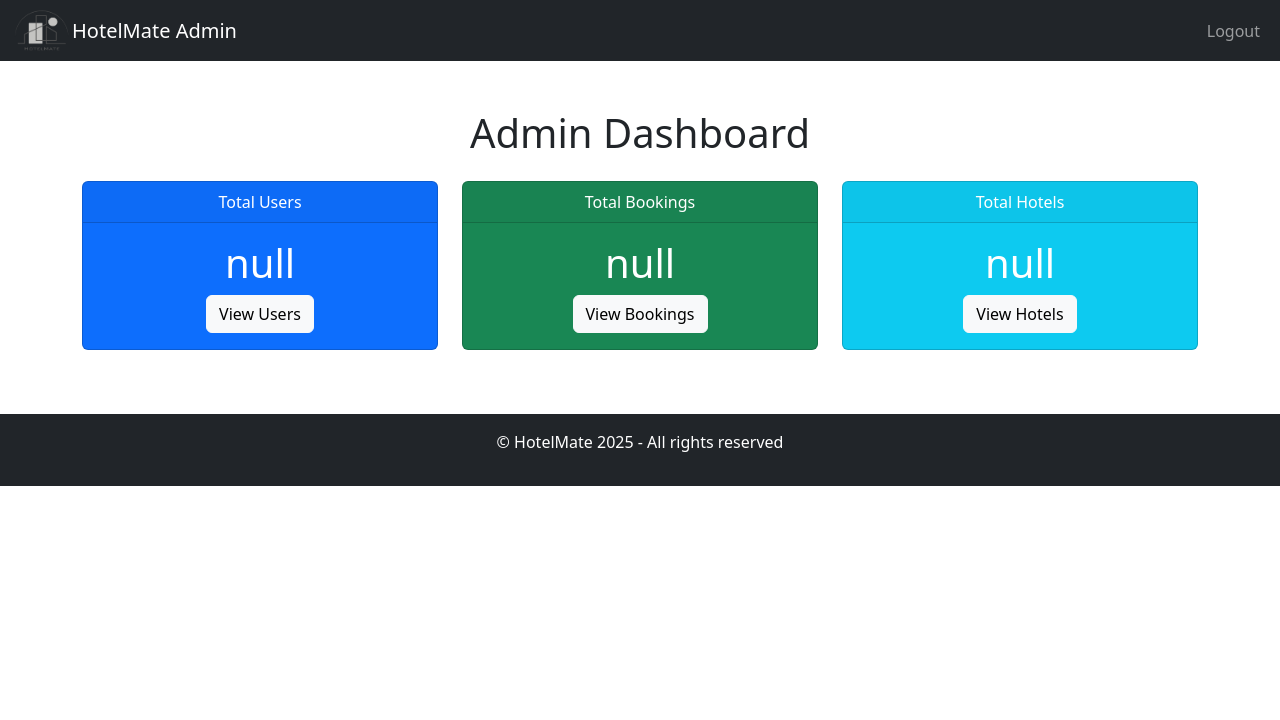
Repository: himanshu2k23/HoteMate
Page: http://localhost/HotelMate/WEB-INF/admin/dashboard.jsp
The author's editor kept a copy of each file at every save. The page is drawn from the files as they stood at one save, then again after the next save.
The browser window is 1280 px wide. The pictures show the whole page.
The page is served by Tomcat 10. Nobody is signed in. Other server files are loaded and not shown. The template is opened directly, without the code that normally fills it, so the values that code supplies are empty.

Above is the page before, as saved 2025-01-17 18:20:22.

### HotelMate/src/main/webapp/WEB-INF/admin/dashboard.jsp
<%@ page contentType="text/html;charset=UTF-8" language="java"%>
<!DOCTYPE html>
<html lang="en">
<head>
<meta charset="UTF-8">
<meta name="viewport" content="width=device-width, initial-scale=1.0">
<title>Admin Dashboard</title>
<link rel="stylesheet"
	href="https://cdn.jsdelivr.net/npm/bootstrap@5.3.0/dist/css/bootstrap.min.css">
</head>
<body>
	<nav class="navbar navbar-expand-lg navbar-dark bg-dark">
		<div class="container-fluid">
			<img src="http://localhost:8080/HotelMate/Images/HotelmateLogo.png"
				alt="HotelMate Logo" width="60" height="45" class="d-inline-block">
			<a class="navbar-brand" href="#">HotelMate Admin</a>
			<button class="navbar-toggler" type="button"
				data-bs-toggle="collapse" data-bs-target="#navbarNav"
				aria-controls="navbarNav" aria-expanded="false"
				aria-label="Toggle navigation">
				<span class="navbar-toggler-icon"></span>
			</button>
			<div class="collapse navbar-collapse" id="navbarNav">
				<ul class="navbar-nav ms-auto">
					<li class="nav-item"><a class="nav-link"
						href="${pageContext.request.contextPath}/admin/logout">Logout</a>
					</li>
				</ul>
			</div>
		</div>
	</nav>

	<div class="container mt-5" style="height:70vh'">
		<h1 class="text-center mb-4">Admin Dashboard</h1>
		<div class="row">
			<div class="col-md-4">
				<div class="card text-white bg-primary mb-3">
					<div class="card-header text-center">Total Users</div>
					<div class="card-body text-center">
						<h1 class="card-title"><%=request.getAttribute("totalUsers")%></h1>
						<a href="${pageContext.request.contextPath}/admin/users"
							class="btn btn-light">View Users</a>
					</div>
				</div>
			</div>
			<div class="col-md-4">
				<div class="card text-white bg-success mb-3">
					<div class="card-header text-center">Total Bookings</div>
					<div class="card-body text-center">
						<h1 class="card-title"><%=request.getAttribute("totalBookings")%></h1>
						<a href="${pageContext.request.contextPath}/admin/bookings"
							class="btn btn-light">View Bookings</a>
					</div>
				</div>
			</div>
			<div class="col-md-4">
				<div class="card text-white bg-info mb-3">
					<div class="card-header text-center">Total Hotels</div>
					<div class="card-body text-center">
						<h1 class="card-title"><%=request.getAttribute("totalHotels")%></h1>
						<a href="${pageContext.request.contextPath}/admin/hotels"
							class="btn btn-light">View Hotels</a>
					</div>
				</div>
			</div>
		</div>
	</div>


	<footer class="bg-dark text-white text-center py-3 mt-5">
		<p>© HotelMate 2025 - All rights reserved</p>
	</footer>

	<script
		src="https://cdn.jsdelivr.net/npm/bootstrap@5.3.0/dist/js/bootstrap.bundle.min.js"></script>
</body>
</html>

After the next save:
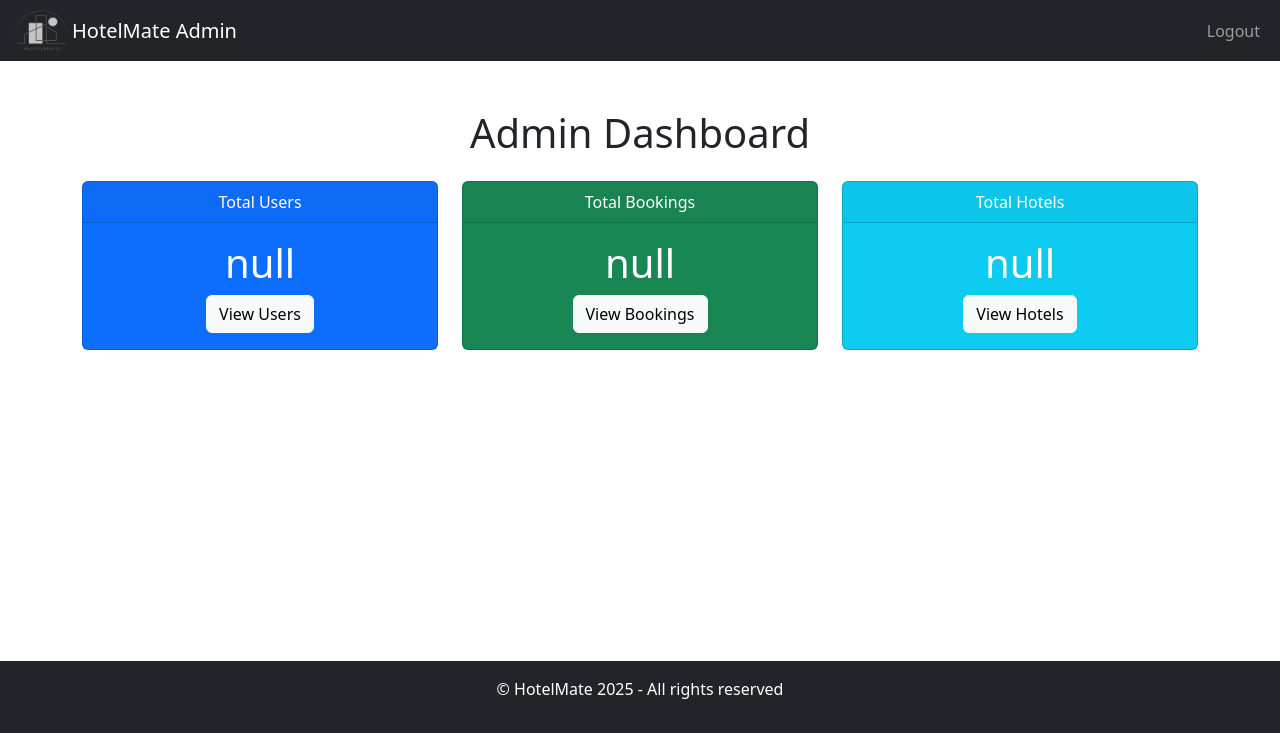
Saved 4 s later.
--- a/HotelMate/src/main/webapp/WEB-INF/admin/dashboard.jsp
+++ b/HotelMate/src/main/webapp/WEB-INF/admin/dashboard.jsp
@@ -30,7 +30,7 @@
 		</div>
 	</nav>
 
-	<div class="container mt-5" style="height:70vh'">
+	<div class="container mt-5" style="height:70vh;'">
 		<h1 class="text-center mb-4">Admin Dashboard</h1>
 		<div class="row">
 			<div class="col-md-4">

After the save that followed:
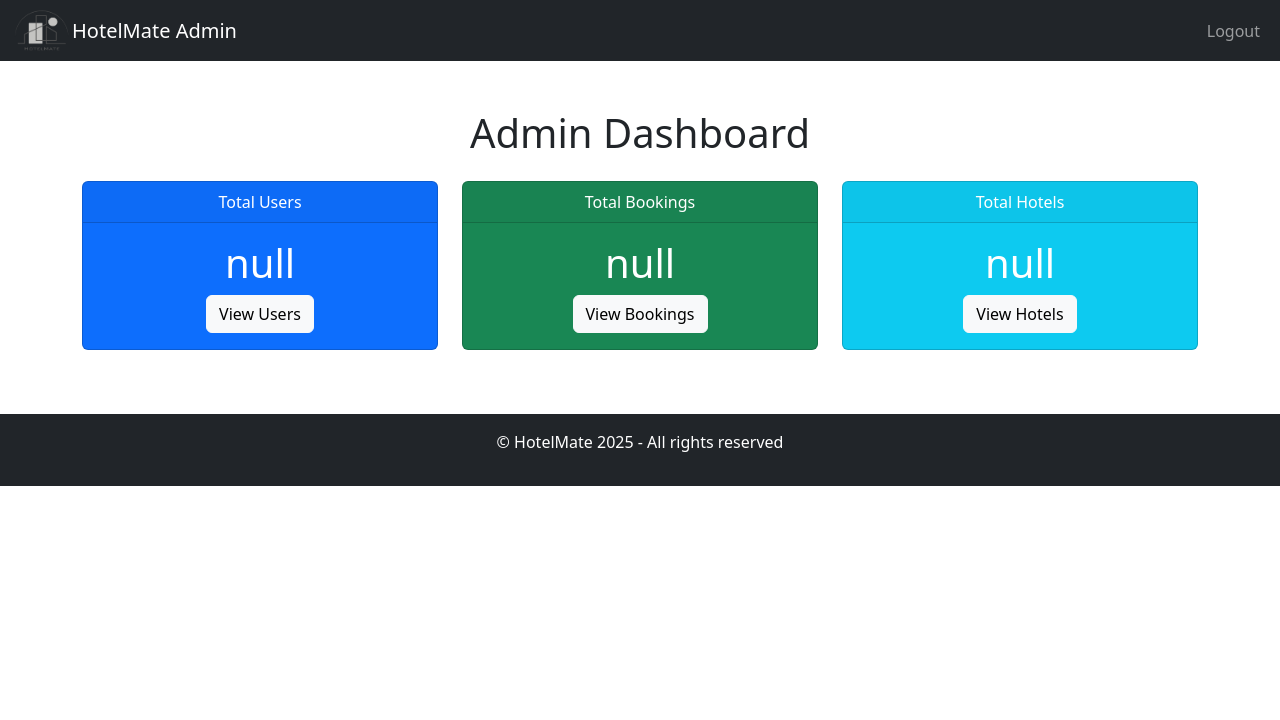
Saved 12 s later.
--- a/HotelMate/src/main/webapp/WEB-INF/admin/dashboard.jsp
+++ b/HotelMate/src/main/webapp/WEB-INF/admin/dashboard.jsp
@@ -30,7 +30,7 @@
 		</div>
 	</nav>
 
-	<div class="container mt-5" style="height:70vh;'">
+	<div class="container mt-5" style="height: '70vh';'">
 		<h1 class="text-center mb-4">Admin Dashboard</h1>
 		<div class="row">
 			<div class="col-md-4">
